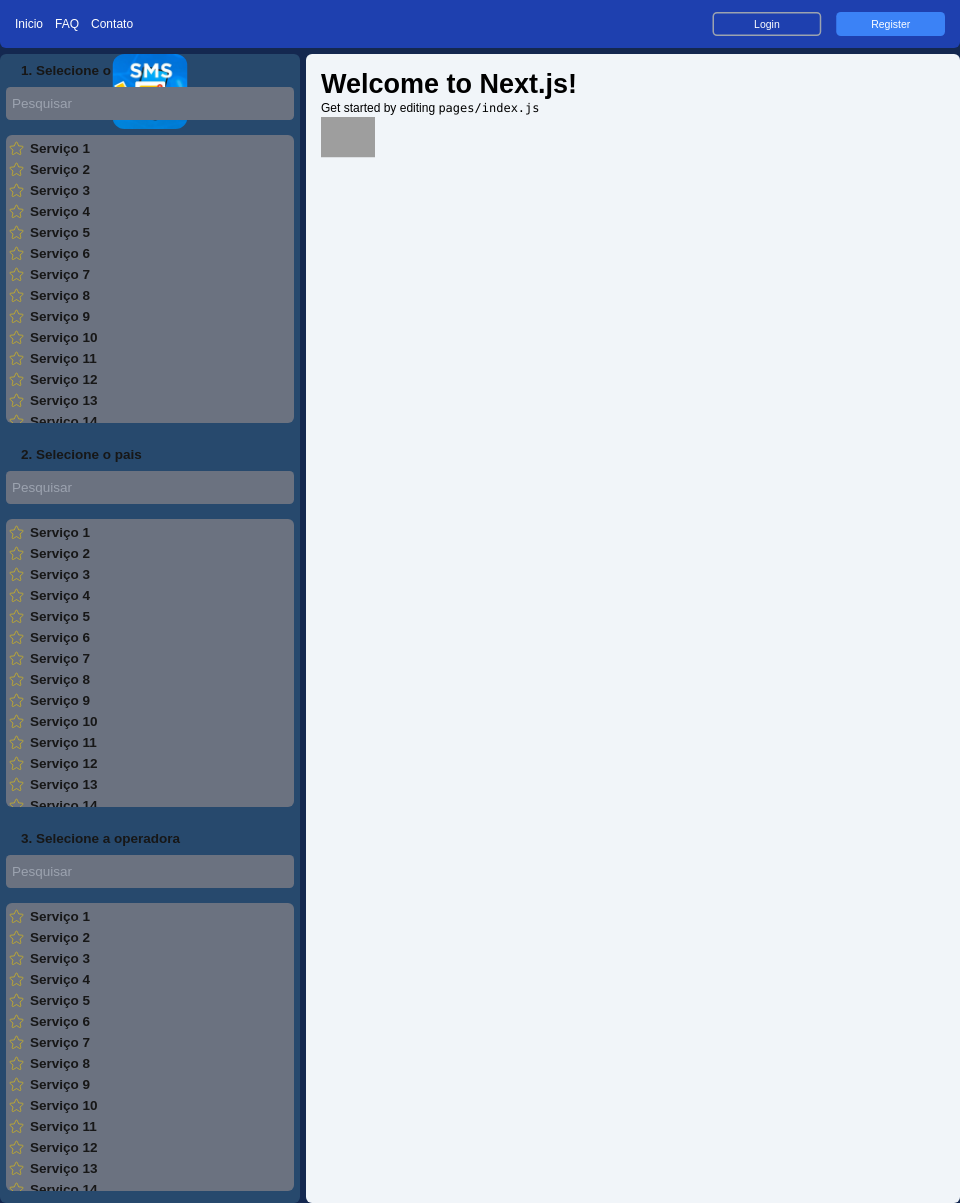
Repository: Felipe-Henrique-Dev/-DIOGO-SMS
Page: /
These files come from the project's save history. The page is drawn as it stood at one moment and after the next save; the edit follows.
The browser window is 1280 px wide. The pictures show the whole page, at 75% of full size.
Pictures or frames that could not be fetched are drawn as grey boxes. The project was rebuilt for these pictures with package versions that can differ from the ones it lists, and the page was loaded fresh each time. The framework's server and built-in components were replaced by stand-ins that run in the browser. Also part of the build but not shown: next.config.ts.

Above is the page before, as saved 2024-12-16 22:15:20.

### src/app/layout.tsx
import type { Metadata } from "next";
import "./globals.css";
import Header from "@/components/main/Header";
import Main from "@/components/main/Main";
import WebApp from "@/components/main/WebApp";



export const metadata: Metadata = {
  title: "Create Next App",
  description: "Generated by create next app",
};

export default function RootLayout({
  children,
}: Readonly<{
  children: React.ReactNode;
}>) {
  return (
    <html lang="pt-br">
      <body className={`antialiased`}>
        <Header />
        <Main>
          <WebApp />
          {children}
        </Main>
      </body>
    </html>
  );
}

### src/app/page.tsx
import Section from "@/components/main/Section";
import Image from "next/image";

export default function Home() {
  return (
    <Section>
      <h1 className="text-4xl font-bold text-center">Welcome to Next.js!</h1>
      <p className="text-center">
        Get started by editing <code>pages/index.js</code>
      </p>
      <Image
        src="/vercel.svg"
        alt="Vercel Logo"
        width={72}
        height={16}
      />
    </Section>
  );
}

### src/app/globals.css
@tailwind base;
@tailwind components;
@tailwind utilities;

:root {
  --background: #142850;
  --background-secondary: #27496D;
  --primary_text: #fff;
  --foreground: #171717;
  --color-primary: #000;
  --color-secondary: #1F40AF;
}


body {
  color: var(--foreground);
  background: var(--background);
  font-family: Arial, Helvetica, sans-serif;
}

::-webkit-scrollbar {
  width: 8px;
  height: 10px;
}

::-webkit-scrollbar-track {
  background-color: var(--color-primary);
}

::-webkit-scrollbar-thumb {
  background: var(--color-secondary);
  border-radius: 10px;
}

::-webkit-scrollbar-thumb:hover {
  background-color: var(--color-highlight-hover);
}

### src/components/main/Header.tsx
import React from "react";
import { Button } from "./Button";


export default function Header() {
  return (
    <header className="h-16 bg-blue-800 max-w-screen-2xl m-auto sticky top-0 items-center justify-between  flex rounded-b-lg px-5 z-[9999] ">
        <nav className="flex gap-4">
            <a href="#" className="text-white">Inicio</a>
            <a href="#" className="text-white">FAQ</a>
            <a href="#" className="text-white">Contato</a>
        </nav>
        <div className="container flex justify-between items-center w-1/4 gap-5">
            <Button type="button" size="sm" className="text-white" isLoading={false} bgColor="none">Login</Button>
            <Button type="button" size="sm" className="text-white" isLoading={false} bgColor="primary">
                Register
            </Button>
        </div>
    </header>
  );
}

### src/components/main/Main.tsx
import React from "react";

export default function Main({
  children,
}: Readonly<{
  children: React.ReactNode;
}>) {
  return (
    <main className="container max-w-screen-2xl mx-auto flex pt-2 gap-2 ">
      {children}
    </main>
  );
}

### src/components/main/WebApp.tsx
'use client'
import React from "react";
import { Input } from "./Input";
import { useForm } from "react-hook-form"
import Image from "next/image";
export default function WebApp() {
  const [selectService, setSelectService] = React.useState<{ title: string; valor: number; numberDispobilize: number; id: string } | null>(null);
  const [selectCountry, setSelectCountry] = React.useState<{ title: string; valor: number; numberDispobilize: number; id: string } | null>(null);
  const [selectOperator, setSelectOperator] = React.useState<{ title: string; valor: number; numberDispobilize: number; id: string } | null>(null);

  return (
    <aside className="min-w-[25rem] min-h-[90svh] bg-background_secondary text-pri sticky left-0 top-[4.5rem] z-50 rounded-lg flex flex-col p-2 gap-5 ">
      <Image src="/logo.webp" alt="Logo" width={100} height={100} className="rounded-2xl absolute top-0 transform -translate-x-1/2 left-1/2" />
      <Container subTitle="1. Selecione o serviço" list={list} select={selectService} setSelect={setSelectService} />
      <Container subTitle="2. Selecione o pais" list={list} select={selectCountry} setSelect={setSelectCountry} />
      <Container subTitle="3. Selecione a operadora" list={list} select={selectOperator} setSelect={setSelectOperator} />
    </aside>
  );
}


const Container = ({
  list,
  subTitle,
  select,
  setSelect
}: {
  subTitle: string;
  select?: { title: string; valor: number; numberDispobilize: number; id: string } | null;
  setSelect: React.Dispatch<React.SetStateAction<{ title: string; valor: number; numberDispobilize: number; id: string } | null>>;
  list: { title: string; valor: number; numberDispobilize: number; id: string }[];
}) => {
  const { register, watch } = useForm();
  const filter = (watch("filter") || "").toLowerCase();
  const [favorites, setFavorites] = React.useState<string[]>([]);
  const [loading, setLoading] = React.useState<boolean>(true);

  React.useEffect(() => {
    const storedFavorites = JSON.parse(localStorage.getItem("favorites") || "[]");
    setFavorites(storedFavorites);
    setLoading(false);
  }, []);

  const setFavoriteInStorage = (item: string) => {
    const newFavorites = favorites.includes(item)
      ? favorites.filter(favorite => favorite !== item)
      : [...favorites, item];

    setFavorites(newFavorites);
    localStorage.setItem("favorites", JSON.stringify(newFavorites));
  };

  // Primeiro filtrar e ordenar a lista antes do map
  const filteredAndSortedList = React.useMemo(() => {
    return list
      .filter(item => item.title.toLowerCase().includes(filter))
      .sort((a, b) => {
        const aFav = favorites.includes(a.id);
        const bFav = favorites.includes(b.id);
        if (aFav && !bFav) return -1;
        if (!aFav && bFav) return 1;
        return 0;
      });
  }, [list, filter, favorites]);

  if (loading) return <div>Carregando...</div>;

  return (
    <div className="flex flex-col gap-2  ">
      <span className="text-lg font-bold w-full text-start px-5">{subTitle}</span>
      {
        select ?
          <div className="flex w-full bg-slate-300 rounded-lg h-10 items-center justify-start px-5 gap-5 ">
            <button onClick={() => setSelect(null)} className="flex items-center justify-center gap-2 h-8 min-w-8 rounded-xl border-red-500 border-[1px] text-black">X</button>
            <span className="text-lg font-bold min-w-8 h-8 rounded-full text-center bg-white ">I</span>
            <span className="text-lg font-bold w-auto text-center">{select.title}</span>
          </div>
        :
        <>
          <Input type="text" placeholder="Pesquisar" size="lg" register={register("filter")} />
          <div className="h-96 bg-gray-500 w-full my-2 overflow-x-auto scroll-smooth rounded-lg p-1 ">
            {filteredAndSortedList.map((item) => (
              <div className="bg-gray-500 w-full flex items-center justify-start gap-2" key={item.id}>
                <Stars
                  stars={favorites.includes(item.id)}
                  setFavorite={() => setFavoriteInStorage(item.id)}
                />
                <button className="flex flex-col" onClick={() => setSelect(item)}>
                  <span className="text-lg font-bold w-full text-center">{item.title}</span>
                </button>
              </div>
            ))}
          </div>
        </>
      }
    </div>
  );
};



const list = [
  {
    id: "1",
    title: "Serviço 1",
    valor: 10.00,
    numberDispobilize: 6000,
  },
  {
    id: "2",
    title: "Serviço 2",
    valor: 20.00,
    numberDispobilize: 5000,
  },
  {
    id: "3",
    title: "Serviço 3",
    valor: 30.00,
    numberDispobilize: 4000,
  },
  {
    id: "4",
    title: "Serviço 4",
    valor: 40.00,
    numberDispobilize: 3000,
  },
  {
    id: "5",
    title: "Serviço 5",
    valor: 50.00,
    numberDispobilize: 2000,
  },
  {
    id: "6",
    title: "Serviço 6",
    valor: 60.00,
    numberDispobilize: 1000,
  },
  {
    id: "7",
    title: "Serviço 7",
    valor: 70.00,
    numberDispobilize: 900,
  },
  {
    id: "8",
    title: "Serviço 8",
    valor: 80.00,
    numberDispobilize: 800,
  },
  {
    id: "9",
    title: "Serviço 9",
    valor: 90.00,
    numberDispobilize: 700,
  },
  {
    id: "10",
    title: "Serviço 10",
    valor: 100.00,
    numberDispobilize: 600,
  },
  {
    id: "11",
    title: "Serviço 11",
    valor: 110.00,
    numberDispobilize: 500,
  },
  {
    id: "12",
    title: "Serviço 12",
    valor: 120.00,
    numberDispobilize: 400,
  },
  {
    id: "13",
    title: "Serviço 13",
    valor: 130.00,
    numberDispobilize: 300,
  },
  {
    id: "14",
    title: "Serviço 14",
    valor: 140.00,
    numberDispobilize: 200,
  },
  {
    id: "15",
    title: "Serviço 15",
    valor: 150.00,
    numberDispobilize: 100,
  }
];

const Stars = ({stars, setFavorite} : {stars: boolean, setFavorite: () => void}) => {
  return (
      <>
          {
              !stars?
              <svg width="20" height="20" viewBox="0 0 13 12" fill="none" xmlns="http://www.w3.org/2000/svg" onClick={setFavorite} className="cursor-pointer" >
                  <path d="M6.49956 9.51326L9.26623 11.1866C9.77289 11.4933 10.3929 11.0399 10.2596 10.4666L9.52623 7.31992L11.9729 5.19993C12.4196 4.81326 12.1796 4.07993 11.5929 4.03326L8.37289 3.75993L7.11289 0.786592C6.88623 0.246592 6.11289 0.246592 5.88623 0.786592L4.62623 3.75326L1.40623 4.02659C0.81956 4.07326 0.57956 4.80659 1.02623 5.19326L3.47289 7.31326L2.73956 10.4599C2.60623 11.0333 3.22623 11.4866 3.73289 11.1799L6.49956 9.51326Z" fill="none" stroke="#EFC900" strokeWidth="0.5"/>
              </svg>
              :
              <svg width="20" height="20" viewBox="0 0 13 12" fill="none" xmlns="http://www.w3.org/2000/svg" onClick={setFavorite} className="cursor-pointer">
                  <path d="M6.49956 9.51326L9.26623 11.1866C9.77289 11.4933 10.3929 11.0399 10.2596 10.4666L9.52623 7.31992L11.9729 5.19993C12.4196 4.81326 12.1796 4.07993 11.5929 4.03326L8.37289 3.75993L7.11289 0.786592C6.88623 0.246592 6.11289 0.246592 5.88623 0.786592L4.62623 3.75326L1.40623 4.02659C0.81956 4.07326 0.57956 4.80659 1.02623 5.19326L3.47289 7.31326L2.73956 10.4599C2.60623 11.0333 3.22623 11.4866 3.73289 11.1799L6.49956 9.51326Z" fill="#EFC900"/>
              </svg>
          }
      </>
  );
}

### src/components/main/Section.tsx
import { cn } from "@/lib/utils";
import React from "react";

export default function Section({
  children,
  className
}: Readonly<{
  children: React.ReactNode;
  className?: string;
}>) {
  return (
    <section className={cn(
      "p-5 flex flex-col min-h-[90svh] bg-slate-100 w-full text-black items-start justify-start rounded-lg ",
      className
    )}>
      {children}
    </section>
  );
}

### src/components/main/Button.tsx
/* eslint-disable @typescript-eslint/no-explicit-any */
import { cn } from "@/lib/utils";
import React from "react";

export const Button = ({
    className,
    size = "md",
    onClick,
    children,
    type,
    isLoading,
    bgColor = "primary",
}:{
    type: 'button' | 'submit' | 'reset';
    onClick?: (event: React.MouseEvent<HTMLButtonElement>) => void;
    className?: string;
    children: React.ReactNode;
    size?: "sm" | "md" | "lg";
    isLoading: boolean;
    bgColor?: "primary" | "secondary" | "danger" | "none";
}) => {

    const sizes = {
        sm: "w-1/2 h-8 text-sm",
        md: "w-3/4 h-10 text-base",
        lg: "w-full h-14 text-lg",
    };

    const bgColors = {
        primary: "bg-blue-500 text-white",
        secondary: "bg-gray-500 text-white",
        danger: "bg-red-500 text-white",
        none: "bg-transparent text-black border-gray-400 border-2 "
    };

    return (
        <button
            type={type}
            onClick={onClick}
            className={cn(
                "p-2 rounded-md relative flex items-center justify-center",
                bgColors[bgColor],
                sizes[size],
                className
            )}
            disabled={isLoading}
        >
            {
                isLoading ? loading() : children
            }
        </button>
    );
}


const loading = () => {
    return (
        <div className="absolute inset-0 bg-gray-300 bg-opacity-50 flex items-center justify-center">
            <div className="animate-spin rounded-full h-12 w-12 border-t-2 border-b-2 border-gray-900"></div>
        </div>
    );
}

### src/components/main/Input.tsx
/* eslint-disable @typescript-eslint/no-unused-vars */
/* eslint-disable @typescript-eslint/no-explicit-any */
import { cn } from "@/lib/utils";
import React from "react";

export const Input = ({
    type,
    placeholder,
    classNameSpan,
    classNameLabel,
    classNameInput,
    label,
    size = "md",
    icon,
    register,
    bgColor = "secondary",
    labelIsHidden = false,
    name
}:{
    type: 'text' | 'password' | 'email';
    placeholder: string;
    classNameSpan?: string;
    classNameLabel?: string;
    classNameInput?: string;
    size?: "sm" | "md" | "lg";
    icon?: React.ReactNode;
    register?: any;
    label?: string;
    bgColor?: "primary" | "secondary" | "danger" | "none";
    labelIsHidden?: boolean;
    name?: string;
}) => {

    const sizes = {
        sm: "w-1/2 h-8 text-sm",
        md: "w-3/4 h-10 text-base",
        lg: "w-full h-12 text-lg",
    };

    const bgColors = {
        primary: "bg-blue-500 text-white",
        secondary: "bg-gray-500 text-white",
        danger: "bg-red-500 text-white",
        none: "bg-transparent text-black border-gray-300 border-2"
    };


    return (
        <span className={cn(
                "relative flex flex-col",
                sizes[size],
                classNameSpan,
        )}>
            {
                labelIsHidden &&
                <label className={cn(
                    classNameLabel
                )} >
                    {label}
                </label>
            }
            <input
                type={type}
                placeholder={placeholder}
                {...register}
                className={cn(
                    "p-2 rounded-md relative w-full",
                    classNameInput,
                    bgColors[bgColor]
                )}
            />
            {icon}
        </span>

    );
}

### tailwind.config.ts
import type { Config } from "tailwindcss";

export default {
  content: [
    "./src/pages/**/*.{js,ts,jsx,tsx,mdx}",
    "./src/components/**/*.{js,ts,jsx,tsx,mdx}",
    "./src/app/**/*.{js,ts,jsx,tsx,mdx}",
  ],
  theme: {
    extend: {
      colors: {
        background: "var(--background)",
        foreground: "var(--foreground)",
        background_secondary: "var(--background-secondary)",
        primary: "var(--primary)",
      },
      background : {
        background: "var(--background)",
        background_secondary: "var(--background-secondary)",
        foreground: "var(--foreground)",
      },
    },
  },
  plugins: [],
} satisfies Config;

Loaded but not shown: src/lib/utils.ts (common file)

After the next save:
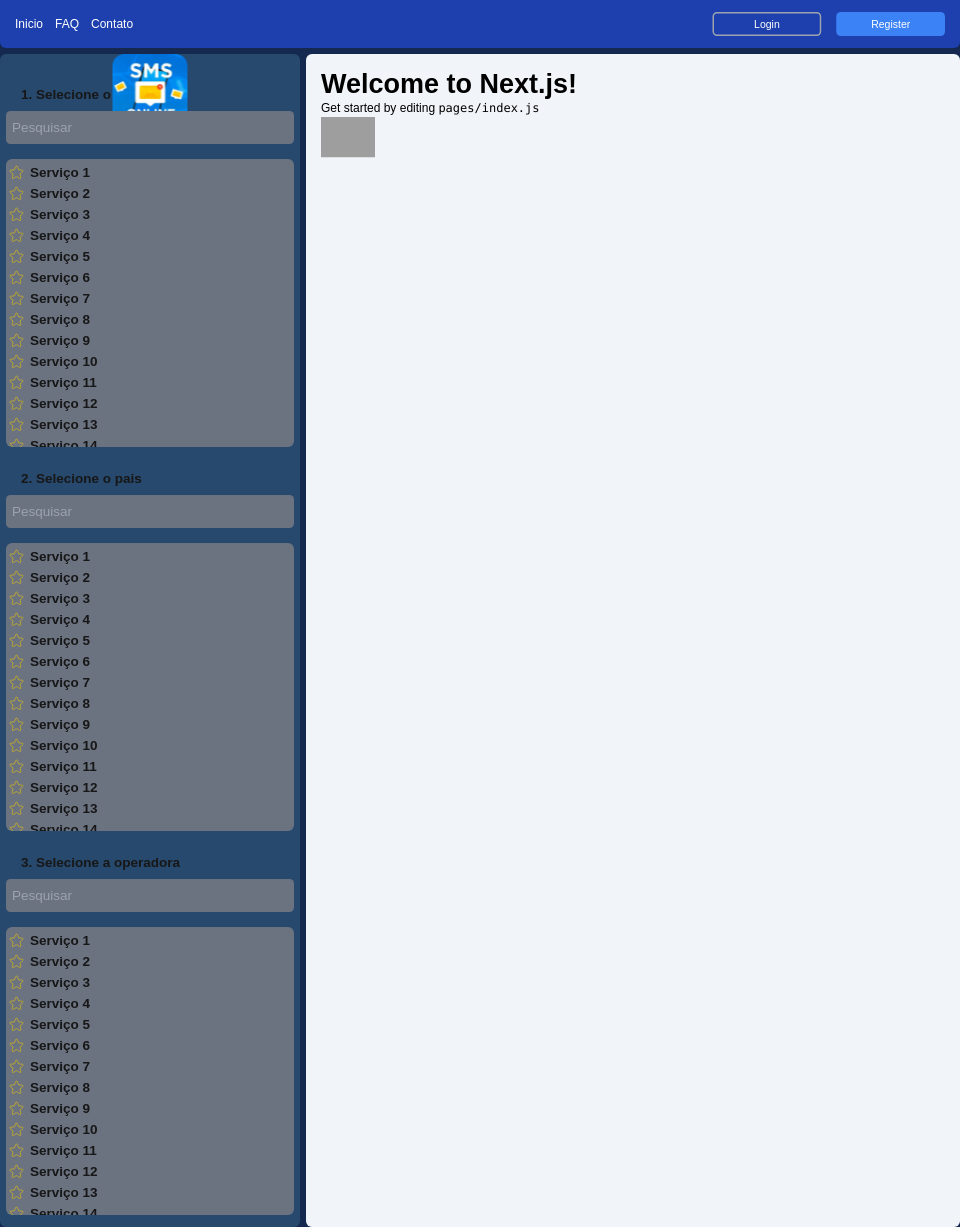
Saved 9 s later.
--- a/src/components/main/WebApp.tsx
+++ b/src/components/main/WebApp.tsx
@@ -9,7 +9,7 @@
   const [selectOperator, setSelectOperator] = React.useState<{ title: string; valor: number; numberDispobilize: number; id: string } | null>(null);
 
   return (
-    <aside className="min-w-[25rem] min-h-[90svh] bg-background_secondary text-pri sticky left-0 top-[4.5rem] z-50 rounded-lg flex flex-col p-2 gap-5 ">
+    <aside className="min-w-[25rem] min-h-[90svh] bg-background_secondary text-pri sticky left-0 top-[4.5rem] z-50 rounded-lg flex flex-col p-2 gap-5  pt-10">
       <Image src="/logo.webp" alt="Logo" width={100} height={100} className="rounded-2xl absolute top-0 transform -translate-x-1/2 left-1/2" />
       <Container subTitle="1. Selecione o serviço" list={list} select={selectService} setSelect={setSelectService} />
       <Container subTitle="2. Selecione o pais" list={list} select={selectCountry} setSelect={setSelectCountry} />
